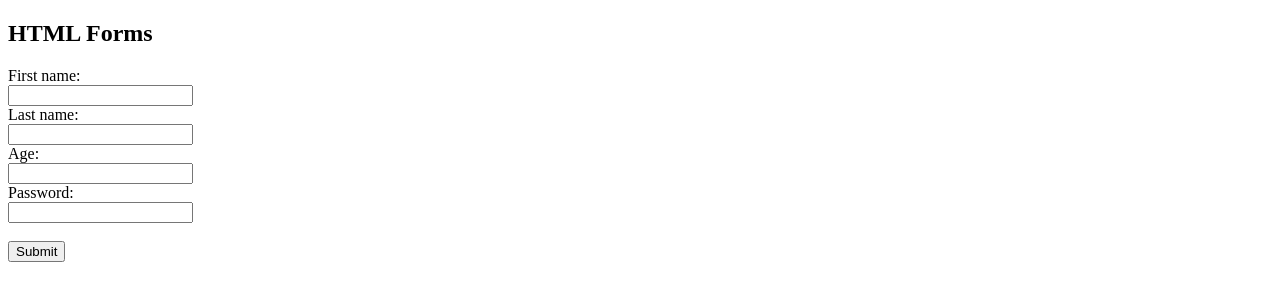
Repository: asifaftab87/advance-java
Page: http://localhost/first-web-project/
The author's editor kept a copy of each file at every save. The page is drawn from the files as they stood at one save, then again after a run of saves.
The browser window is 1280 px wide. The pictures show the whole page.
The page is served by Tomcat 9. Other server files are loaded and not shown.

Above is the page before, as saved 2020-07-26 13:39:12.

### first-web-project/WebContent/index.jsp
<%@ page language="java" contentType="text/html; charset=ISO-8859-1"
    pageEncoding="ISO-8859-1"%>
<!DOCTYPE html>

<html>
	<head>
	<meta charset="ISO-8859-1">
	<title>Insert title here</title>
	</head>
	<body>

		<h2>HTML Forms</h2>

		<form action="welcome" method="post">
		  <label for="fname">First name:</label><br>
		  <input type="text" name="fname"><br>
		  <label for="lname">Last name:</label><br>
		  <input type="text" name="lname"><br>
		  <label for="age">Age:</label><br>
		  <input type="text" name="age"><br>
		  <label for="pwd">Password:</label><br>
		  <input type="password" name="pwd"><br><br>

		  <input type="submit" value="Submit">
		</form>

	</body>
</html>

After the next 2 saves:
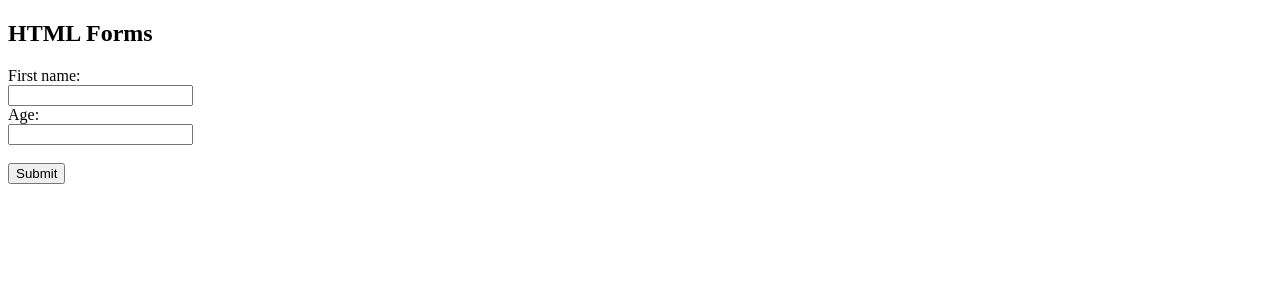
The 2 saves are shown as one change because they came seconds apart.
The last was saved 92 s later.
--- a/first-web-project/WebContent/index.jsp
+++ b/first-web-project/WebContent/index.jsp
@@ -12,14 +12,13 @@
 		<h2>HTML Forms</h2>
 
 		<form action="welcome" method="post">
+
 		  <label for="fname">First name:</label><br>
-		  <input type="text" name="fname"><br>
-		  <label for="lname">Last name:</label><br>
-		  <input type="text" name="lname"><br>
+		  <input type="text" name="name"><br>
+
 		  <label for="age">Age:</label><br>
-		  <input type="text" name="age"><br>
-		  <label for="pwd">Password:</label><br>
-		  <input type="password" name="pwd"><br><br>
+		  <input type="text" name="age"><br><br>
+
 
 		  <input type="submit" value="Submit">
 		</form>
